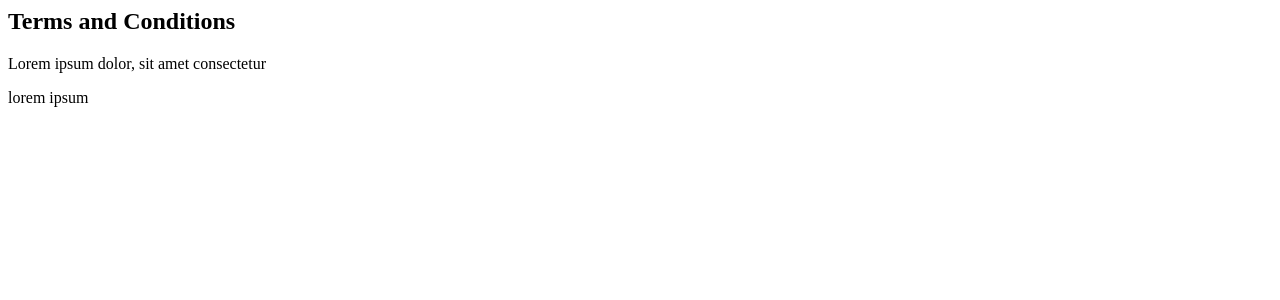
Repository: abhay3690/cheMart
Page: cheMart/cheMart/WebContent/jsp/user/terms.html
The author's editor kept a copy of each file at every save. The page is drawn from the files as they stood at one save, then again after the next save.
The browser window is 1280 px wide. The pictures show the whole page.

Above is the page before, as saved 2023-11-07 09:29:26.

After the next save:
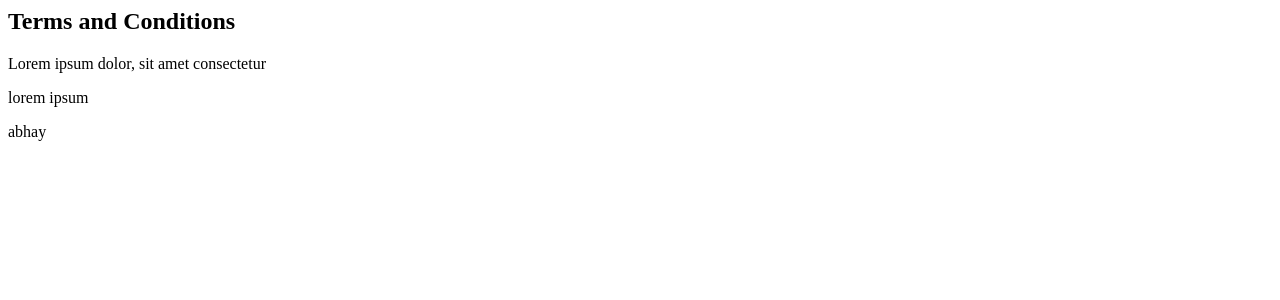
Saved 96 s later.
--- a/cheMart/cheMart/WebContent/jsp/user/terms.html
+++ b/cheMart/cheMart/WebContent/jsp/user/terms.html
@@ -2,4 +2,5 @@
 	<h2 class="heading">Terms and Conditions</h2>
 	<p>Lorem ipsum dolor, sit amet consectetur</p>
 	<p>lorem ipsum</p>
+	<div>abhay</div>
 </div>
